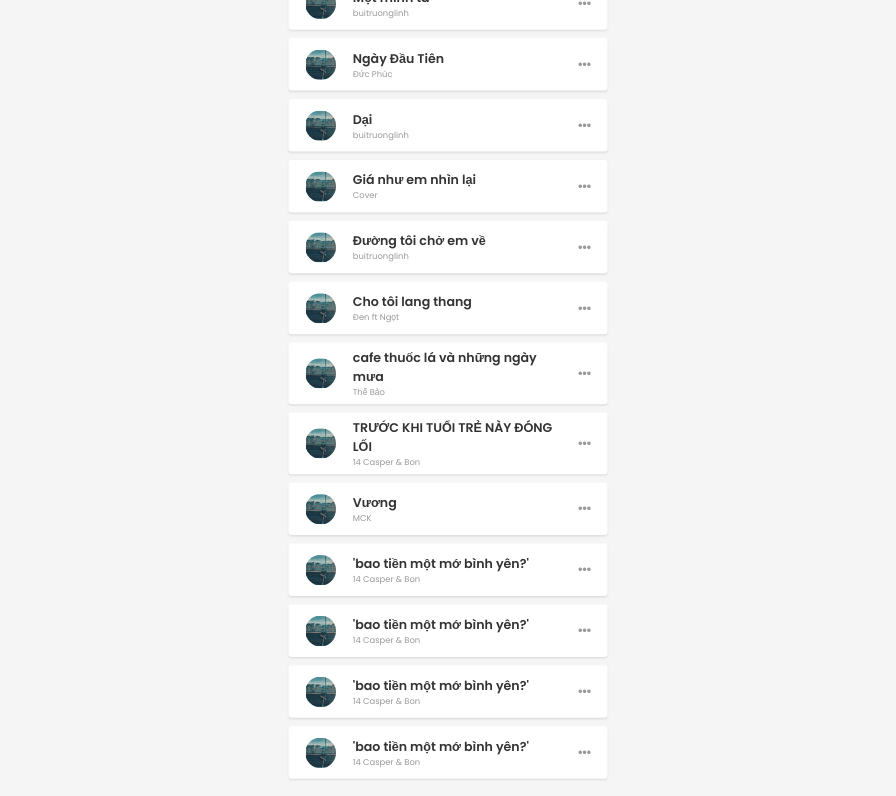
Repository: lt-chinh098406/BIn-Music
Page: index.html
An editor plug-in stored every save of this project. The page is shown before and after the next save, followed by the edit.
The browser window is 1280 px wide. The pictures show the part of the page from y = 1148 to 3068 px (the page is 2285 px tall before and 3068 px after), at 70% of full size.

Above is the page before, as saved 2022-03-20 13:42:11.

### index.html
<!DOCTYPE html>
<html lang="en">
  <head>
    <meta charset="UTF-8" />
    <meta http-equiv="X-UA-Compatible" content="IE=edge" />
    <meta name="viewport" content="width=device-width, initial-scale=1.0" />
    <title>Music player</title>
    <link
      rel="stylesheet"
      href="https://cdnjs.cloudflare.com/ajax/libs/font-awesome/5.15.2/css/all.min.css"
      integrity="sha512-HK5fgLBL+xu6dm/Ii3z4xhlSUyZgTT9tuc/hSrtw6uzJOvgRr2a9jyxxT1ely+B+xFAmJKVSTbpM/CuL7qxO8w=="
      crossorigin="anonymous"
    />
    <link rel="preconnect" href="https://fonts.gstatic.com" />
    <link
      href="https://fonts.googleapis.com/css2?family=Poppins:wght@300;400;600&display=swap"
      rel="stylesheet"
    />
    <link rel="stylesheet" href="./assets/main.css" />
  </head>
  <body>
    <body>
      <div class="player">
        <!-- Dashboard -->
        <div class="dashboard">
          <!-- Header -->
          <header>
            <h4>Now playing:</h4>
            <h2>String 57th & 9th</h2>
          </header>

          <!-- CD -->
          <div class="cd">
            <div class="cd-thumb"></div>
          </div>

          <!-- Control -->
          <div class="control">
            <div class="btn btn-repeat">
              <i class="fas fa-redo"></i>
            </div>
            <div class="btn btn-prev">
              <i class="fas fa-step-backward"></i>
            </div>
            <div class="btn btn-toggle-play">
              <i class="fas fa-pause icon-pause"></i>
              <i class="fas fa-play icon-play"></i>
            </div>
            <div class="btn btn-next">
              <i class="fas fa-step-forward"></i>
            </div>
            <div class="btn btn-random">
              <i class="fas fa-random"></i>
            </div>
          </div>

          <input
            id="progress"
            class="progress"
            type="range"
            value="0"
            step="1"
            min="0"
            max="100"
          />

          <audio id="audio" src=""></audio>
        </div>

        <!-- Playlist -->
        <div class="playlist"></div>
      </div>

      <script src="./main.js"></script>
    </body>
  </body>
</html>

### assets/main.css
:root {
  --primary-color: #ec1f55;
  --text-color: #333;
}

* {
  padding: 0;
  margin: 0;
  box-sizing: inherit;
}

body {
  background-color: #f5f5f5;
}

html {
  box-sizing: border-box;
  font-family: "Poppins", sans-serif;
}

.player {
  position: relative;
  max-width: 480px;
  margin: 0 auto;
}

.player .icon-pause {
  display: none;
}

.player.playing .icon-pause {
  display: inline-block;
}

.player.playing .icon-play {
  display: none;
}

.dashboard {
  padding: 16px 16px 14px;
  background-color: #fff;
  position: fixed;
  top: 0;
  width: 100%;
  max-width: 480px;
  border-bottom: 1px solid #ebebeb;
}

/* HEADER */
header {
  text-align: center;
  margin-bottom: 10px;
}

header h4 {
  color: var(--primary-color);
  font-size: 12px;
}

header h2 {
  font-size: 20px;
  background-image: linear-gradient(to right, #f47999, #a5163b);
  color: transparent;
  -webkit-background-clip: text;
}

/* CD */
.cd {
  display: flex;
  margin: auto;
  width: 200px;
}

.cd-thumb {
  width: 100%;
  padding-top: 100%;
  border-radius: 50%;
  background-color: #333;
  background-size: cover;
  margin: auto;
}

/* CONTROL */
.control {
  display: flex;
  align-items: center;
  justify-content: space-around;
  padding: 18px 0 8px 0;
}

.control .btn {
  color: #666;
  padding: 18px;
  font-size: 18px;
  cursor: pointer;
}

.control .btn.active {
  color: var(--primary-color);
}

.control .btn-toggle-play {
  width: 56px;
  height: 56px;
  border-radius: 50%;
  font-size: 24px;
  color: #fff;
  display: flex;
  align-items: center;
  justify-content: center;
  background-color: var(--primary-color);
}

.progress {
  width: 100%;
  -webkit-appearance: none;
  height: 6px;
  background: #d3d3d3;
  outline: none;
  opacity: 0.7;
  -webkit-transition: 0.2s;
  transition: opacity 0.2s;
  cursor: pointer;
}

.progress::-webkit-slider-thumb {
  -webkit-appearance: none;
  appearance: none;
  background-color: var(--primary-color);
  cursor: pointer;
  height: 16px;
  width: 16px;
  border-radius: 100%;
  border: none;
  outline: none;
  z-index: 9;
  position: relative;
}

/* PLAYLIST */
.playlist {
  margin-top: 408px;
  padding: 12px;
}

.song {
  display: flex;
  align-items: center;
  margin-bottom: 12px;
  background-color: #fff;
  padding: 8px 16px;
  border-radius: 5px;
  box-shadow: 0 2px 3px rgba(0, 0, 0, 0.1);
  cursor: pointer;
}

.song.active {
  background-color: var(--primary-color);
}

.song:active {
  opacity: 0.8;
}

.song.active .option,
.song.active .author,
.song.active .title {
  color: #fff;
}

.song .thumb {
  width: 44px;
  height: 44px;
  border-radius: 50%;
  background-size: cover;
  margin: 0 8px;
}

.song .body {
  flex: 1;
  padding: 0 16px;
}

.song .title {
  font-size: 18px;
  color: var(--text-color);
}

.song .author {
  font-size: 12px;
  color: #999;
}

.song .option {
  padding: 16px 8px;
  color: #999;
  font-size: 18px;
}

### main.js
const $ = document.querySelector.bind(document);
const $$ = document.querySelectorAll.bind(document);

const player = $(".player");
const heading = $("header h2");
const cdThumb = $(".cd-thumb");
const audio = $("#audio");
const cd = $(".cd");
const playBtn = $(".btn-toggle-play");
const progress = $("#progress");
const nextBtn = $(".btn-next");
const prevBtn = $(".btn-prev");
const randomBtn = $(".btn-random");
const repeatBtn = $(".btn-repeat");
const playlist = $(".playlist");

const app = {
  currentIndex: 0,
  isPlaying: false,

  songs: [
    {
      name: "Yêu em qua từng dòng tin nhắn",
      singer: "Nger ft. nân",
      path: "./assets/music/Yêu em qua dòng tin nhắn(iêu iem qua dòng tin nhắn) - Ngơ ft. Nân [Lyrics Video].mp3",
      image: "./assets/img/1.jpg",
    },
    {
      name: "ÔNG TRỜI LÀM TỘI ANH CHƯA",
      singer: "MINH HANH x RASTZ x QNT ft. TUẤN CRY",
      path: "./assets/music/ÔNG TRỜI LÀM TỘI ANH CHƯA - MINH HANH x RASTZ x QNT ft. TUẤN CRY.mp3",
      image: "./assets/img/3.jpg",
    },
    {
      name: "'bao tiền một mớ bình yên?'",
      singer: "14 Casper & Bon",
      path: "./assets/music/'bao tiền một mớ bình yên-' - 14 Casper & Bon (Official).mp3",
      image: "./assets/img/5.jpg",
    },
    {
      name: "Chìm Sâu",
      singer: "MCK ft Trung Trần",
      path: "./assets/music/Chìm Sâu - RPT MCK (feat. Trung Trần) - Official Lyrics Video.mp3",
      image: "./assets/img/5.jpg",
    },
    {
      name: "Dịu Dàng Em Đến",
      singer: "Erik",
      path: "./assets/music/Dịu Dàng Em Đến - ERIK x Ryan「Lo - Fi Version by 1 9 6 7」- Official Music Video.mp3",
      image: "./assets/img/5.jpg",
    },
    {
      name: "Dù Cho Mai Về Sau",
      singer: "buitruonglinh",
      path: "./assets/music/Dù Cho Mai Về Sau (Acoustic Version) - buitruonglinh.mp3",
      image: "./assets/img/5.jpg",
    },
    {
      name: "Không Tên",
      singer: "MCK",
      path: "./assets/music/Không Tên -- MCK a.k.a Nger -- Official Lyrics Video.mp3",
      image: "./assets/img/5.jpg",
    },
    {
      name: "Mình Anh Nơi Này",
      singer: "Rum, Nit",
      path: "./assets/music/Mình Anh Nơi Này (Lofi Ver.) - Nit x Sing x Freak D.mp3",
      image: "./assets/img/5.jpg",
    },
    {
      name: "Một mình ta",
      singer: "buitruonglinh",
      path: "./assets/music/Một Mình Ta - buitruonglinh - Lyrics Video -.mp3",
      image: "./assets/img/5.jpg",
    },
    {
      name: "Ngày Đầu Tiên",
      singer: "Đức Phúc",
      path: "./assets/music/Ngày Đầu Tiên (Lofi Ver.) - Đức Phúc x Freak D.mp3",
      image: "./assets/img/5.jpg",
    },
    {
      name: "Dại",
      singer: "buitruonglinh",
      path: "./assets/music/Dại- buitruonglinh ft Tuyên (Lyrics).mp3",
      image: "./assets/img/5.jpg",
    },
    {
      name: "Giá như em nhìn lại",
      singer: "Cover",
      path: "./assets/music/GIÁ NHƯ EM NHÌN LẠI - JSOL x VIRUSS - Cover- Chương Chu.mp3",
      image: "./assets/img/5.jpg",
    },
    {
      name: "Đường tôi chở em về",
      singer: "buitruonglinh",
      path: "./assets/music/LIVE OUTDOOR - buitruonglinh live - Đường Tôi Chở Em Về - #4.mp3",
      image: "./assets/img/5.jpg",
    },
    {
      name: "Cho tôi lang thang",
      singer: "Đen ft Ngọt",
      path: "./assets/music/Ngọt vc. Đen - Cho Tôi Lang Thang.mp3",
      image: "./assets/img/5.jpg",
    },
    {
      name: "cafe thuốc lá và những ngày mưa",
      singer: "Thế Bảo",
      path: "./assets/music/Thế Bảo - Cafe, Thuốc Lá & Những Ngày Vui (Official Lyric Video).mp3",
      image: "./assets/img/5.jpg",
    },
    {
      name: "TRƯỚC KHI TUỔI TRẺ NÀY ĐÓNG LỐI",
      singer: "14 Casper & Bon",
      path: "./assets/music/TRƯỚC KHI TUỔI TRẺ NÀY ĐÓNG LỐI - Ngắn x Xám x Dick - -Đà Lạt- Ep3 ( Directed by Nguyễn Nhật Trung ).mp3",
      image: "./assets/img/5.jpg",
    },
    {
      name: "Vương",
      singer: "MCK",
      path: "./assets/music/Và nếu nắng gió có cuốn em đi, như là lời hứa... - Vương - MCK a.k.a Nger「 Lyric video 」.mp3",
      image: "./assets/img/5.jpg",
    },
    {
      name: "'bao tiền một mớ bình yên?'",
      singer: "14 Casper & Bon",
      path: "./assets/music/'bao tiền một mớ bình yên-' - 14 Casper & Bon (Official).mp3",
      image: "./assets/img/5.jpg",
    },
    {
      name: "'bao tiền một mớ bình yên?'",
      singer: "14 Casper & Bon",
      path: "./assets/music/'bao tiền một mớ bình yên-' - 14 Casper & Bon (Official).mp3",
      image: "./assets/img/5.jpg",
    },
    {
      name: "'bao tiền một mớ bình yên?'",
      singer: "14 Casper & Bon",
      path: "./assets/music/'bao tiền một mớ bình yên-' - 14 Casper & Bon (Official).mp3",
      image: "./assets/img/5.jpg",
    },
    {
      name: "'bao tiền một mớ bình yên?'",
      singer: "14 Casper & Bon",
      path: "./assets/music/'bao tiền một mớ bình yên-' - 14 Casper & Bon (Official).mp3",
      image: "./assets/img/5.jpg",
    },
  ],

  render: function () {
    const htmls = this.songs.map((song, index) => {
      return `
        <div class="song ${
          index === this.currentIndex ? "active" : ""
        }" data-index="${index}">
          <div class="thumb" style="background-image: url('${song.image}')">
          </div>
          <div class="body">
            <h3 class="title">${song.name}</h3>
            <p class="author">${song.singer}</p>
          </div>
          <div class="option">
            <i class="fas fa-ellipsis-h"></i>
          </div>
        </div>
      `;
    });
    playlist.innerHTML = htmls.join("");
  },

  defineProperties: function () {
    Object.defineProperty(this, "currentSong", {
      get: function () {
        return this.songs[this.currentIndex];
      },
    });
  },

  handleEvents: function () {
    const _this = this;
    const cdWidth = cd.offsetWidth;

    // Xử lý CD rotate
    const cdThumbAnimate = cdThumb.animate([{ transform: "rotate(360deg)" }], {
      duration: 30000, // 10s
      iterations: Infinity,
    });
    cdThumbAnimate.pause();

    // Xử lý scroll cd
    document.onscroll = function () {
      const scrollTop = window.scrollY || document.documentElement.scrollTop;

      const newCdWidth = cdWidth - scrollTop;

      cd.style.width = newCdWidth > 0 ? newCdWidth + "px" : 0; // fix bug
      cd.style.opacity = newCdWidth / cdWidth; // opacity when scroll
    };

    // Xử lý play
    playBtn.onclick = function () {
      if (_this.isPlaying) {
        audio.pause();
      } else {
        audio.play();
      }
    };

    // Khi song được play
    audio.onplay = function () {
      _this.isPlaying = true;
      player.classList.add("playing");
      cdThumbAnimate.play();
    };

    // Khi song bị pause
    audio.onpause = function () {
      _this.isPlaying = false;
      player.classList.remove("playing");
      cdThumbAnimate.pause();
    };

    // khi tiến độ bài hát thay đổi
    audio.ontimeupdate = function () {
      if (audio.duration) {
        const progressPercent = Math.floor(
          (audio.currentTime / audio.duration) * 100
        );
        progress.value = progressPercent;
      }
    };

    //seek
    progress.oninput = function (e) {
      const seekTime = (audio.duration / 100) * e.target.value;
      audio.currentTime = seekTime;
    };

    // Khi next/prev song
    nextBtn.onclick = function () {
      if (randomBtn.classList.contains("active")) {
        _this.playRandomSong();
      } else {
        _this.nextSong();
      }
      // cdThumb.style.transform = 'rotate(0)'
      audio.play();
      _this.activeSong();
      _this.scrollToActiveSong();
    };
    prevBtn.onclick = function () {
      if (randomBtn.classList.contains("active")) {
        _this.playRandomSong();
      } else {
        _this.nextSong();
      }
      // cdThumb.style.transform = 'rotate(0)'
      audio.play();
      _this.activeSong();
      _this.scrollToActiveSong();
    };

    // Random song
    randomBtn.onclick = function () {
      randomBtn.classList.toggle("active");
      repeatBtn.classList.remove("active");
    };

    // Repeat song
    repeatBtn.onclick = function () {
      repeatBtn.classList.toggle("active");
      randomBtn.classList.remove("active");
    };

    // Xử lý nextsong khi audio ended
    audio.onended = function () {
      if (repeatBtn.classList.contains("active")) {
        audio.play();
      } else {
        nextBtn.click();
      }
    };

    // Lắng nghe click vào playlist
    playlist.onclick = function (e) {
      const songNode = e.target.closest(".song:not(.active)");
      // if (songNode || e.target.closest('option')) {
      if (songNode && !e.target.closest("option")) {
        const newIndex = songNode.getAttribute("data-index");
        _this.currentIndex = newIndex;
        _this.loadCurrentSong();
        _this.activeSong();
        audio.play();
      }
      // }
    };
  },

  loadCurrentSong: function () {
    heading.textContent = this.currentSong.name;
    cdThumb.style.backgroundImage = `url('${this.currentSong.image}')`;
    audio.src = this.currentSong.path;
  },

  nextSong: function () {
    this.currentIndex++;
    if (this.currentIndex >= this.songs.length) {
      this.currentIndex = 0;
    }
    this.loadCurrentSong();
  },

  prevSong: function () {
    if (this.currentIndex != 0) {
      this.currentIndex--;
    } else {
      this.currentIndex = this.songs.length - 1;
    }
    this.loadCurrentSong();
  },

  playRandomSong: function () {
    let newIndex;
    do {
      newIndex = Math.floor(Math.random() * this.songs.length);
    } while (newIndex === this.currentIndex);

    this.currentIndex = newIndex;
    this.loadCurrentSong();
  },

  activeSong: function () {
    var loopSongs = $$(".song");
    for (song of loopSongs) {
      song.classList.remove("active");
    }
    const activeSong = loopSongs[this.currentIndex];
    activeSong.classList.add("active");
  },

  scrollToActiveSong: function () {
    setTimeout(() => {
      if (this.currentIndex < 3) {
        $(".song.active").scrollIntoView({
          behavior: "smooth",
          block: "end",
        });
      } else {
        $(".song.active").scrollIntoView({
          behavior: "smooth",
          block: "nearest",
        });
      }
    }, 300);
  },

  start: function () {
    // Định nghĩa các thuộc tính cho Object
    this.defineProperties();

    // Lắng nghe / xử lý các event
    this.handleEvents();

    // tải thông tin bài hát đầu tiên vào UI khi chạy ứng dụng
    this.loadCurrentSong();

    // render playlist
    this.render();
  },
};

app.start();

After the next save:
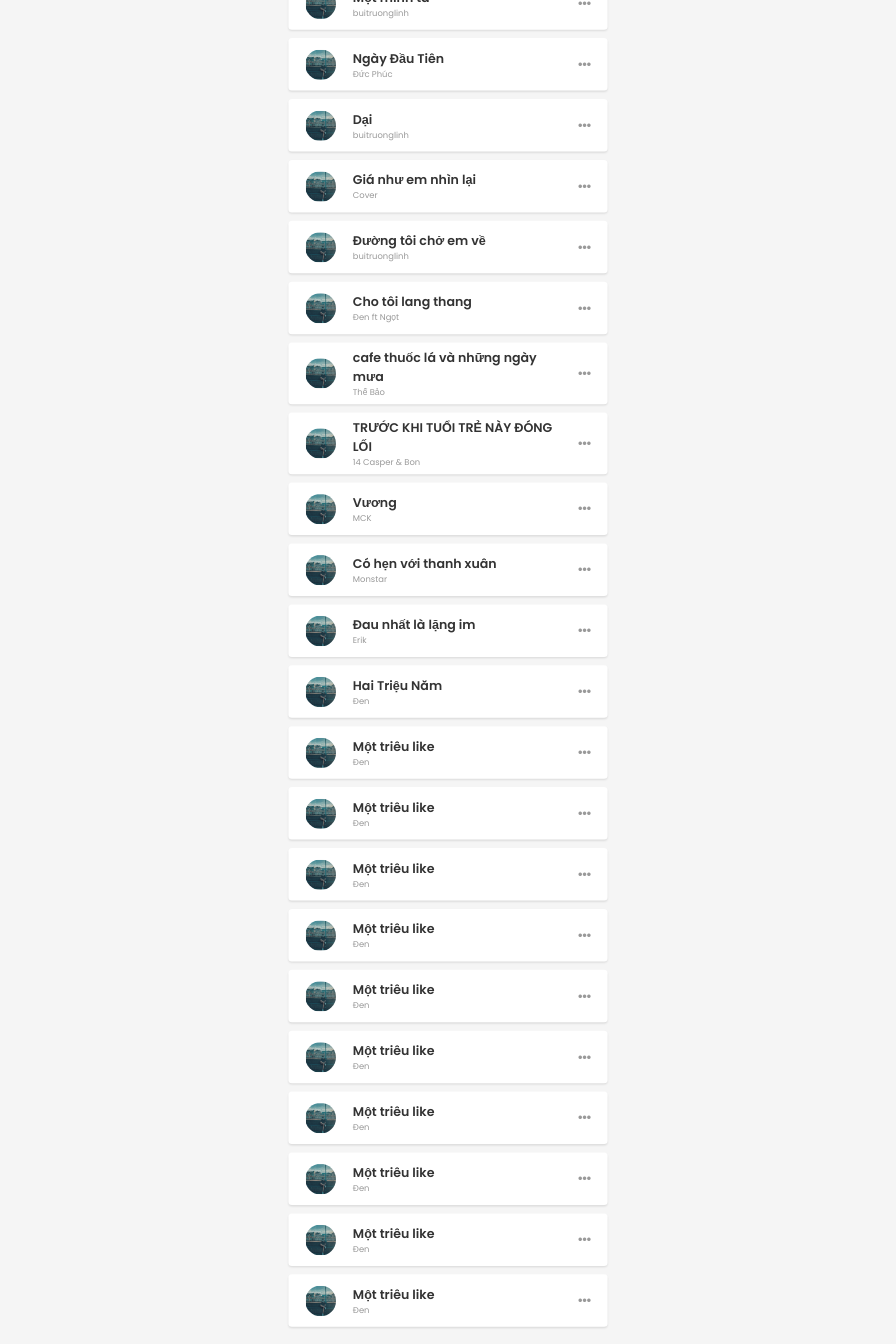
Saved 7 min 48 s later.
--- a/main.js
+++ b/main.js
@@ -122,27 +122,81 @@ const app = {
       image: "./assets/img/5.jpg",
     },
     {
-      name: "'bao tiền một mớ bình yên?'",
-      singer: "14 Casper & Bon",
-      path: "./assets/music/'bao tiền một mớ bình yên-' - 14 Casper & Bon (Official).mp3",
-      image: "./assets/img/5.jpg",
-    },
-    {
-      name: "'bao tiền một mớ bình yên?'",
-      singer: "14 Casper & Bon",
-      path: "./assets/music/'bao tiền một mớ bình yên-' - 14 Casper & Bon (Official).mp3",
-      image: "./assets/img/5.jpg",
-    },
-    {
-      name: "'bao tiền một mớ bình yên?'",
-      singer: "14 Casper & Bon",
-      path: "./assets/music/'bao tiền một mớ bình yên-' - 14 Casper & Bon (Official).mp3",
-      image: "./assets/img/5.jpg",
-    },
-    {
-      name: "'bao tiền một mớ bình yên?'",
-      singer: "14 Casper & Bon",
-      path: "./assets/music/'bao tiền một mớ bình yên-' - 14 Casper & Bon (Official).mp3",
+      name: "Có hẹn với thanh xuân",
+      singer: "Monstar",
+      path: "./assets/music/Có Hẹn Với Thanh Xuân - Monstar x Ryan「Lo - Fi Ver. by 1 9 6 7」- Audio Lyrics.mp3",
+      image: "./assets/img/5.jpg",
+    },
+    {
+      name: "Đau nhất là lặng im",
+      singer: "Erik",
+      path: "./assets/music/Đau Nhất Là Lặng Im - Erik x Zeaplee「Lofi Version by 1 9 6 7」- Audio Lyrics Video.mp3",
+      image: "./assets/img/5.jpg",
+    },
+    {
+      name: "Hai Triệu Năm",
+      singer: "Đen",
+      path: "./assets/music/Đen - hai triệu năm ft. Biên (m-v).mp3",
+      image: "./assets/img/5.jpg",
+    },
+    {
+      name: "Một triêu like",
+      singer: "Đen",
+      path: "./assets/music/Đen - một triệu like ft. Thành Đồng (M-V).mp3",
+      image: "./assets/img/5.jpg",
+    },
+    {
+      name: "Một triêu like",
+      singer: "Đen",
+      path: "./assets/music/Đen - một triệu like ft. Thành Đồng (M-V).mp3",
+      image: "./assets/img/5.jpg",
+    },
+    {
+      name: "Một triêu like",
+      singer: "Đen",
+      path: "./assets/music/Đen - một triệu like ft. Thành Đồng (M-V).mp3",
+      image: "./assets/img/5.jpg",
+    },
+    {
+      name: "Một triêu like",
+      singer: "Đen",
+      path: "./assets/music/Đen - một triệu like ft. Thành Đồng (M-V).mp3",
+      image: "./assets/img/5.jpg",
+    },
+    {
+      name: "Một triêu like",
+      singer: "Đen",
+      path: "./assets/music/Đen - một triệu like ft. Thành Đồng (M-V).mp3",
+      image: "./assets/img/5.jpg",
+    },
+    {
+      name: "Một triêu like",
+      singer: "Đen",
+      path: "./assets/music/Đen - một triệu like ft. Thành Đồng (M-V).mp3",
+      image: "./assets/img/5.jpg",
+    },
+    {
+      name: "Một triêu like",
+      singer: "Đen",
+      path: "./assets/music/Đen - một triệu like ft. Thành Đồng (M-V).mp3",
+      image: "./assets/img/5.jpg",
+    },
+    {
+      name: "Một triêu like",
+      singer: "Đen",
+      path: "./assets/music/Đen - một triệu like ft. Thành Đồng (M-V).mp3",
+      image: "./assets/img/5.jpg",
+    },
+    {
+      name: "Một triêu like",
+      singer: "Đen",
+      path: "./assets/music/Đen - một triệu like ft. Thành Đồng (M-V).mp3",
+      image: "./assets/img/5.jpg",
+    },
+    {
+      name: "Một triêu like",
+      singer: "Đen",
+      path: "./assets/music/Đen - một triệu like ft. Thành Đồng (M-V).mp3",
       image: "./assets/img/5.jpg",
     },
   ],
